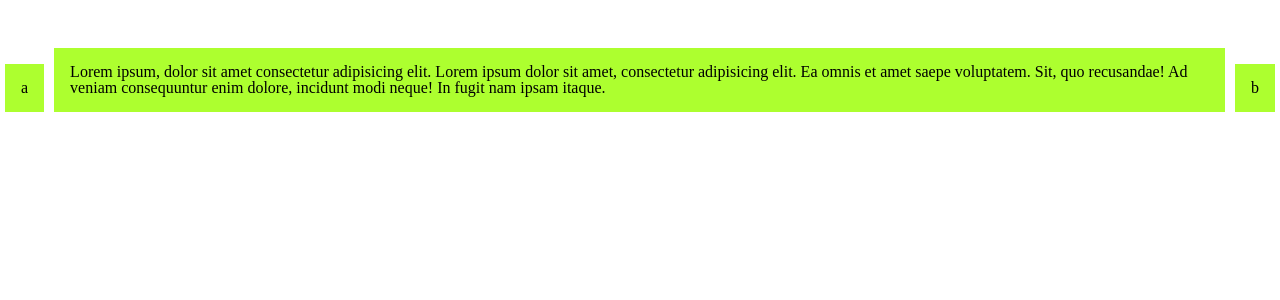
Repository: Giangattt123/HTML-CSS
Page: CSS/Flexbox/index.html
These files come from the project's save history. The page is drawn as it stood at one moment and after the next save; the edit follows.
The browser window is 1280 px wide. The pictures show the whole page.

Above is the page before, as saved 2023-04-26 11:01:01.

### CSS/Flexbox/index.html
<!DOCTYPE html>
<html lang="en">
  <head>
    <meta charset="UTF-8" />
    <meta http-equiv="X-UA-Compatible" content="IE=edge" />
    <meta name="viewport" content="width=device-width, initial-scale=1.0" />
    <title>Flexbox</title>
    <link rel="stylesheet" href="style.css" />
    <link rel="stylesheet" href="reset.css" />
  </head>
  <body>
    <ul class="list">
      <li class="list-item">a</li>
      <li class="list-item">
        Lorem ipsum, dolor sit amet consectetur adipisicing elit. Lorem ipsum
        dolor sit amet, consectetur adipisicing elit. Ea omnis et amet saepe
        voluptatem. Sit, quo recusandae! Ad veniam consequuntur enim dolore,
        incidunt modi neque! In fugit nam ipsam itaque.
      </li>
      <li class="list-item">b</li>
    </ul>
  </body>
</html>

### CSS/Flexbox/style.css
*,
*:before *:after {
  box-sizing: border-box;
}
html {
  font-size: 62.5%;
}
body {
  font-family: "Poppins", sans-serif;
  font-size: 1.6rem;
  font-weight: normal;
}
img {
  display: block;
  max-width: 100%;
}
input,
textarea,
select,
button {
  outline: none;
}
input {
  line-height: normal;
}
label,
button {
  cursor: pointer;
}
a {
  text-decoration: none;
}
.list {
  display: flex;
  /* flex-direction: row-reverse; */
  align-items: flex-end;
  margin-top: 3rem;
}
.list-item {
  padding: 1rem;
  background-color: greenyellow;
  margin: 0 5px;
}

Loaded but not shown: CSS/Flexbox/reset.css (common file)

After the next save:
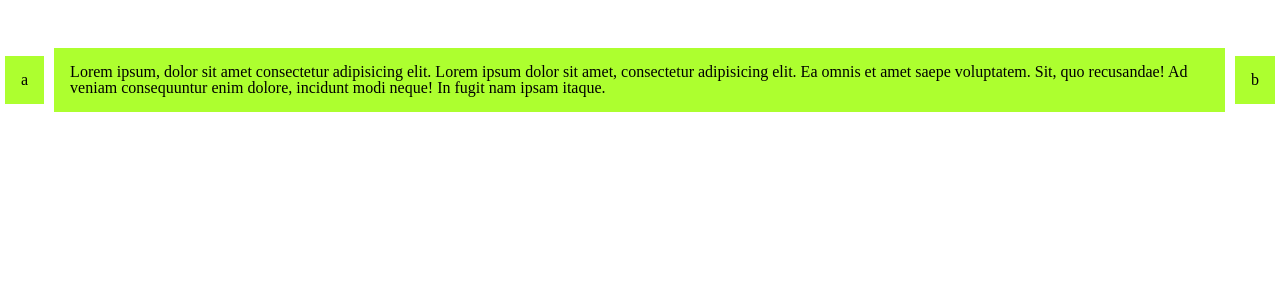
Saved 54 s later.
--- a/CSS/Flexbox/style.css
+++ b/CSS/Flexbox/style.css
@@ -33,7 +33,9 @@ a {
 .list {
   display: flex;
   /* flex-direction: row-reverse; */
+  align-items: flex-start;
   align-items: flex-end;
+  align-items: center;
   margin-top: 3rem;
 }
 .list-item {
